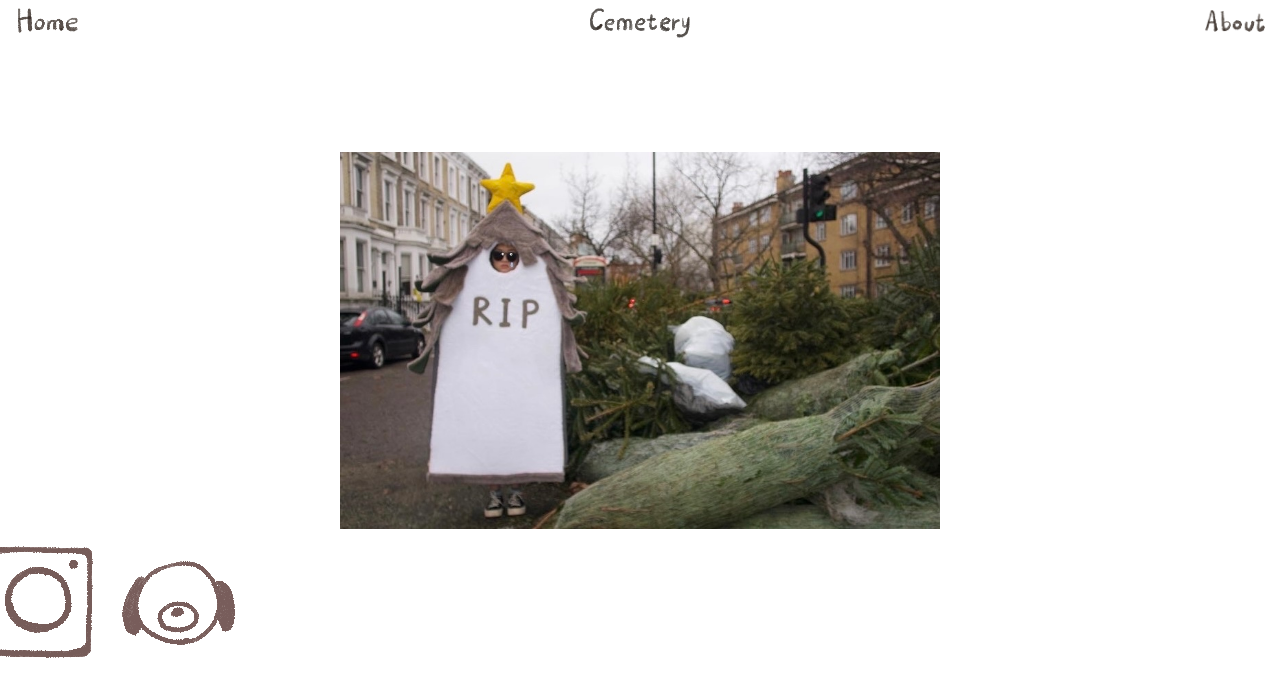
Repository: FuugaMo/ByeByeChristmasTree.github.io
Page: about.html
An editor plug-in stored every save of this project. The page is shown before and after the next save, followed by the edit.
The browser window is 1280 px wide. The pictures show the whole page.

Above is the page before, as saved 2023-08-01 21:51:58.

After the next save:
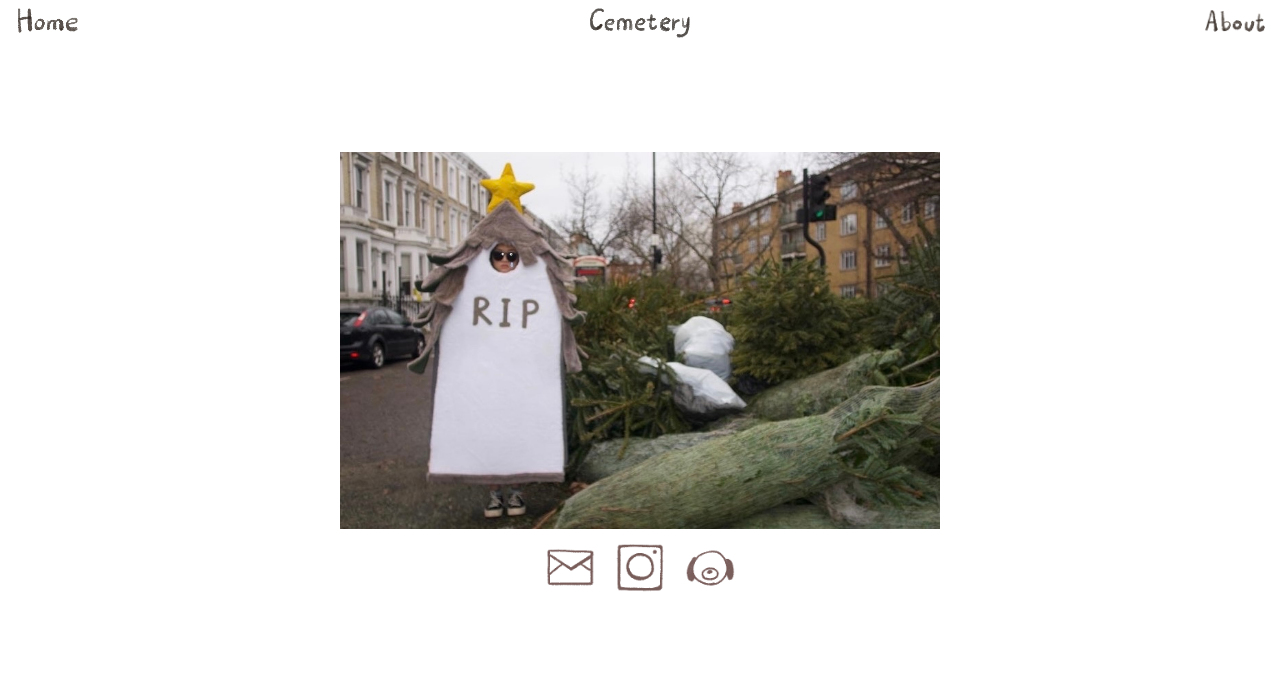
Saved 17 s later.
--- a/about.css
+++ b/about.css
@@ -95,10 +95,15 @@ html {
     display: flex;
     justify-content: center;
     align-items: center;
-    width: 60px;
+
 }
 
 .link a {
     margin: 10px;
     /* 可根据需要调整间距 */
 }
+
+.link img {
+    width: 50px;
+    height: 50px;
+}
